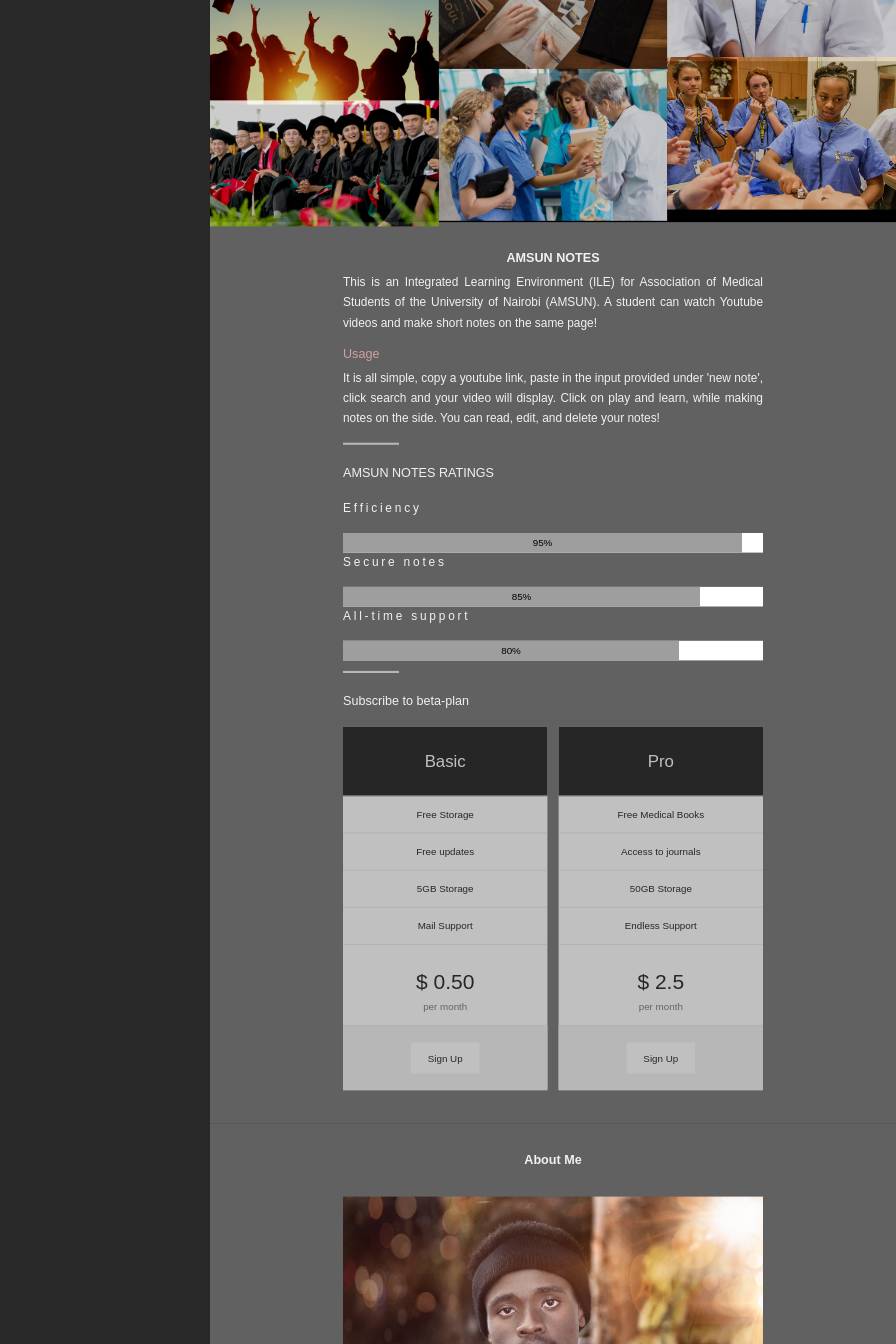
Repository: MakiniMakini/AMSUN-NOTES
Page: http://localhost/about
The author's editor kept a copy of each file at every save. The page is drawn from the files as they stood at one save, then again after the next save.
The browser window is 1280 px wide. The pictures show the part of the page from y = 389 to 2309 px (the page is 2977 px tall), at 70% of full size.
Some web fonts or font styles are not loaded; a fallback is used. The page is served by the project's application, run on Flask 3 (application.py).

Above is the page before, as saved 2020-12-27 18:53:49.

After the next save:
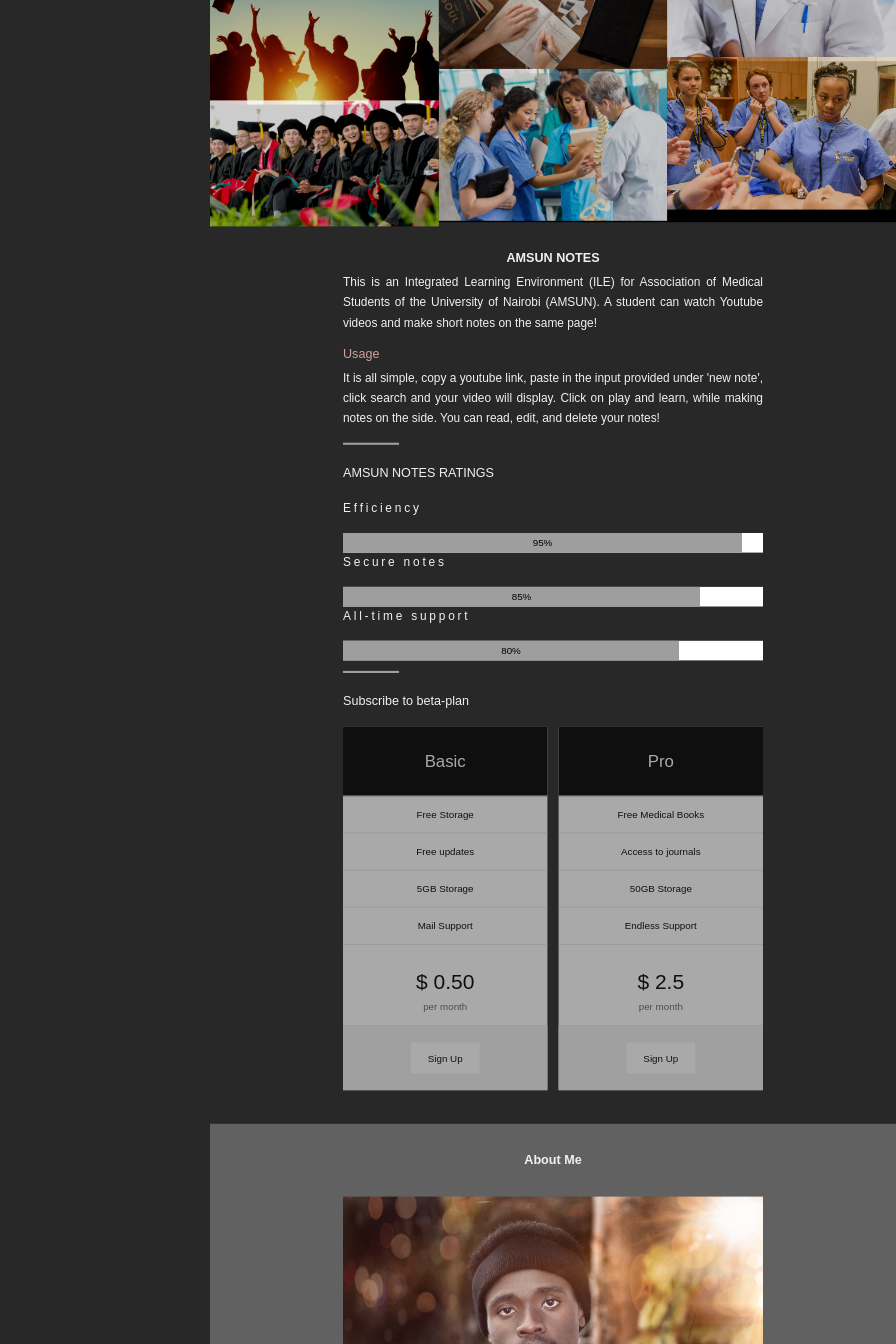
Saved 24 s later.
--- a/templates/about.html
+++ b/templates/about.html
@@ -65,7 +65,7 @@
   </div>
 
   <!-- About section -->
-  <div class="w3-container w3-dark-grey w3-center w3-text-light-grey w3-padding-32 about-notes" id="aboutnotes">
+  <div class="w3-container w3-dark w3-center w3-text-light-grey w3-padding-32 about-notes" id="aboutnotes">
     <h4><b>AMSUN NOTES</b></h4>
     <div class="w3-content w3-justify" style="max-width:600px; font-family: 'Raleway', sans-serif !important;">
       <h4></h4>
